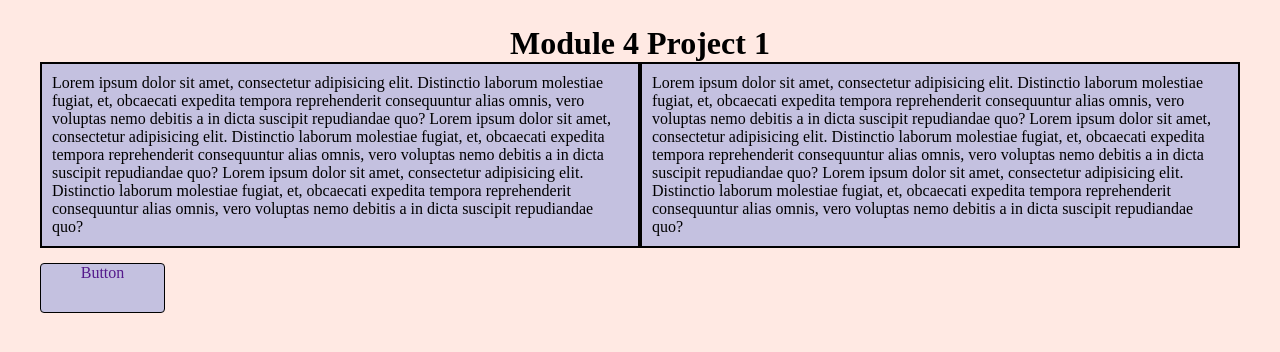
Repository: mlmEFSC21/P6-External-Style-Sheet
Page: index.html
These files come from the project's save history. The page is drawn as it stood at one moment and after the next save; the edit follows.
The browser window is 1280 px wide. The pictures show the whole page.

Above is the page before, as saved 2022-02-11 13:55:29.

After the next save:
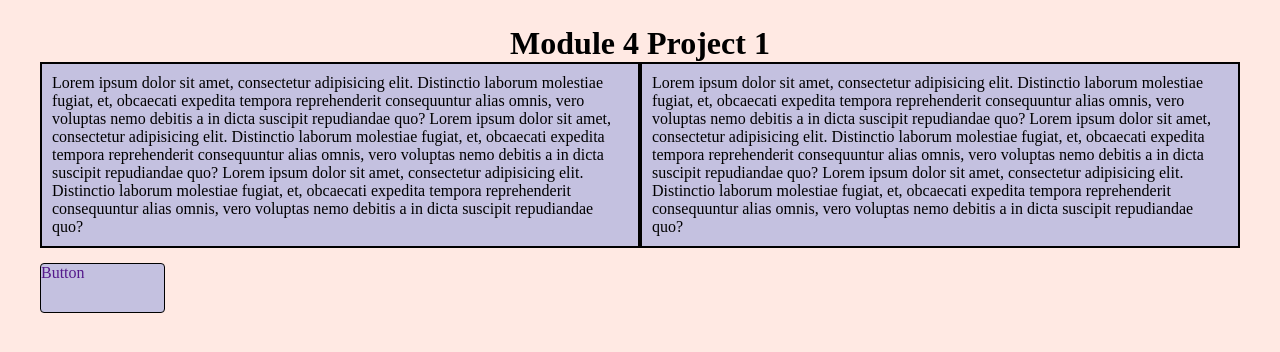
Saved 21 s later.
--- a/Styles.css
+++ b/Styles.css
@@ -38,6 +38,7 @@
 .floatContainer {
     content: "";
     clear: both;
+    justify-content: center;
 }
 .button {
     display: flex;
@@ -48,7 +49,6 @@
     background-color: var(--clr-buttonBG);
     color: var(--clr-button);
     /* text-align: center; */
-    justify-content: center;
 }
 .button:hover {
     background-color: var(--clr-buttonHover);

After the 2 saves that followed:
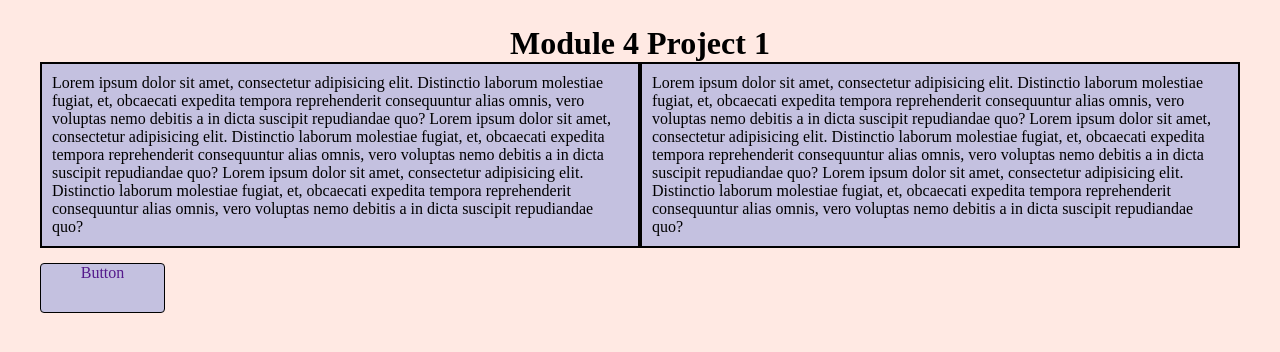
The 2 saves are shown as one change because 1 left the picture as it was.
The last was saved 2 min 39 s later.
--- a/Styles.css
+++ b/Styles.css
@@ -26,22 +26,22 @@
     background-color: var(--clr-buttonBG);
 }
 .p1 {
-    border: 2.5px solid black;
+    border: 2px solid black;
     float: left;
     width: 50%;
 }
 .p2 {
-    border: 2.5px solid black;
+    border: 2px solid black;
     float: right;
     width: 50%;
 }
 .floatContainer {
     content: "";
     clear: both;
-    justify-content: center;
 }
 .button {
     display: flex;
+    justify-content: center;
     border: 1px solid black;
     border-radius: 4px;
     width: 125px;
